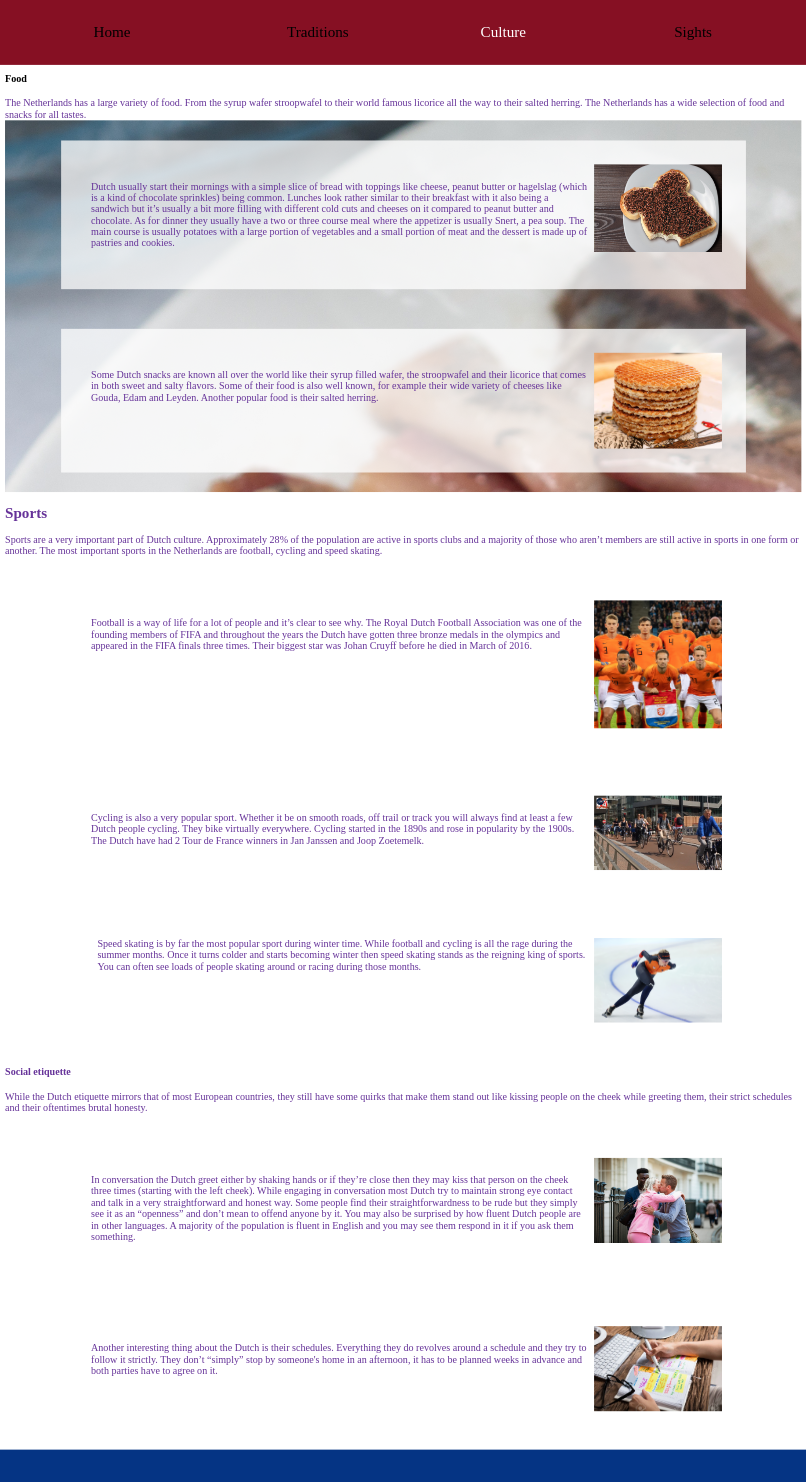
Repository: Cornman63/The-netherlands
Page: html/culture.html
These files come from the project's save history. The page is drawn as it stood at one moment and after the next save; the edit follows.
The browser window is 1280 px wide. The pictures show the whole page, at 63% of full size.

Above is the page before, as saved 2023-05-28 12:49:04.

After the next save:
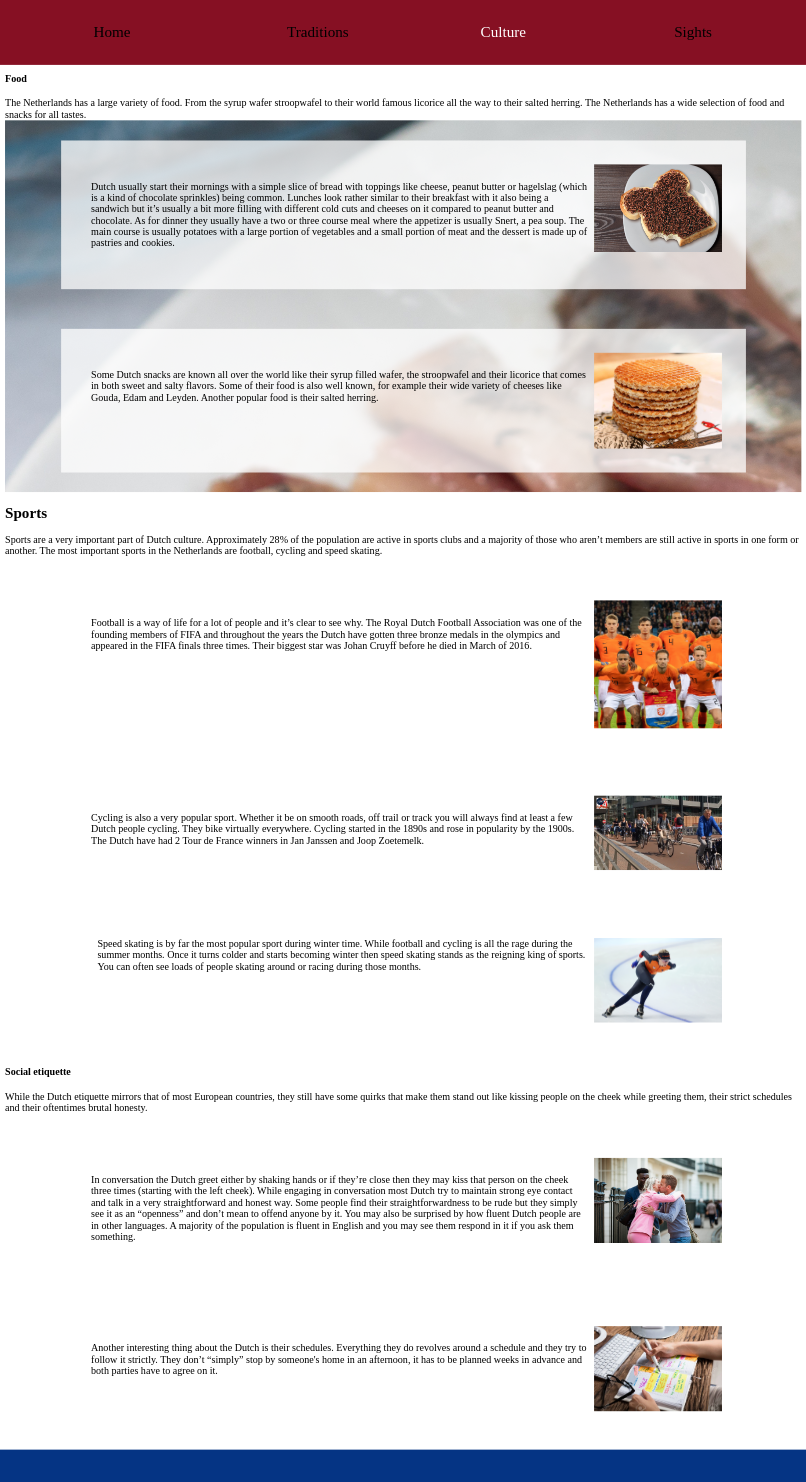
Saved 15 s later.
--- a/CSS/style2.css
+++ b/CSS/style2.css
@@ -46,10 +46,6 @@ footer{
     background-image: url(../images/herring.jpg);
     border: 5%;
 }
-.food {
-    margin: auto;
-    color:rebeccapurple;
-}
 .item{
     max-width: 80%;
     margin: auto;
